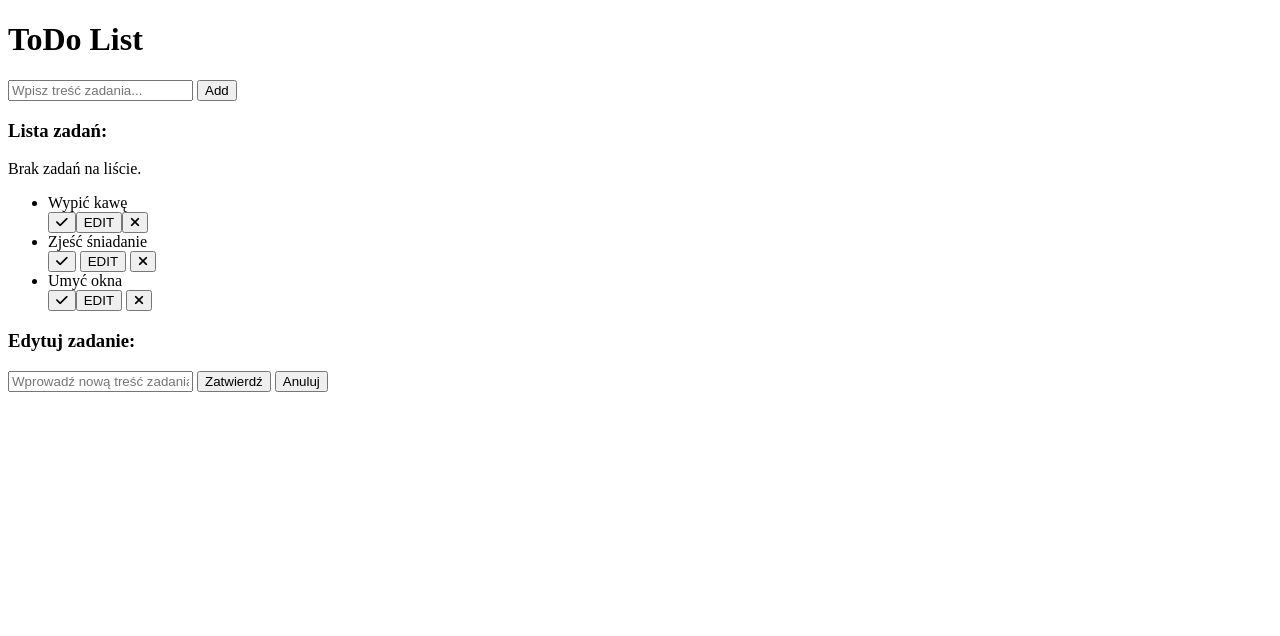
Repository: kimi1723/To-do-app
Page: index.html
The author's editor kept a copy of each file at every save. The page is drawn from the files as they stood at one save, then again after the next save.
The browser window is 1280 px wide. The pictures show the whole page.
Some web libraries are served in a nearby version.

Above is the page before, as saved 2023-03-31 00:23:52.

After the next save:
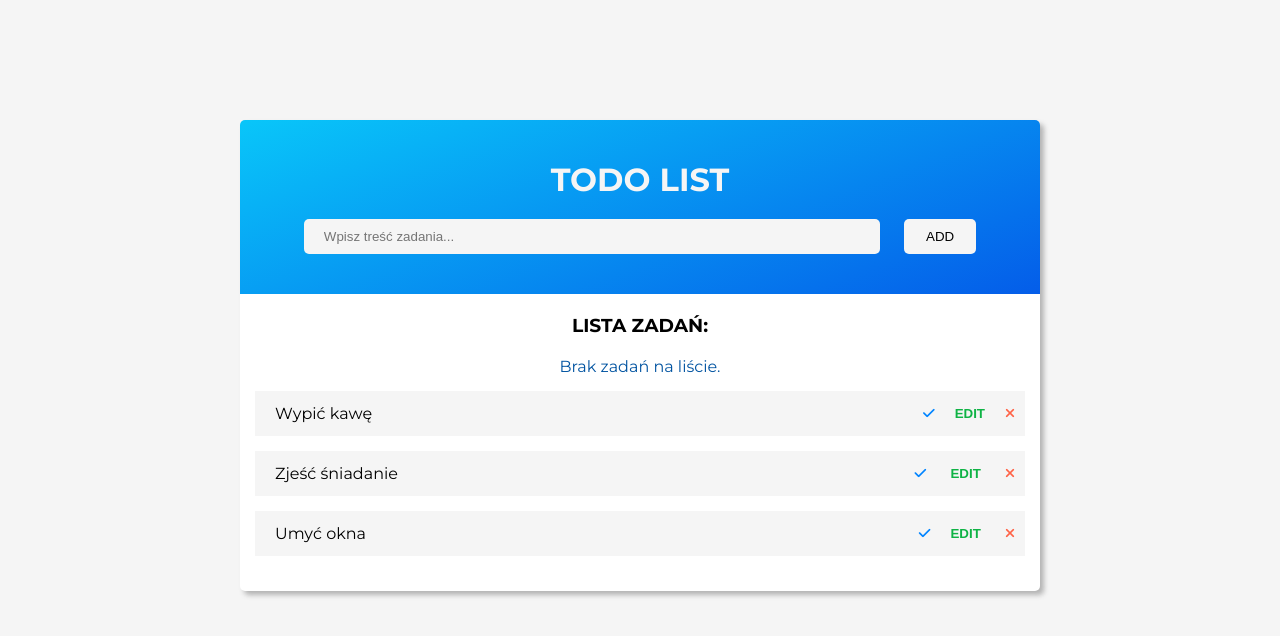
Saved 16 s later.
--- a/index.html
+++ b/index.html
@@ -9,7 +9,7 @@
     <script src="https://kit.fontawesome.com/327a0d490c.js" crossorigin="anonymous"></script>
     <link href="https://fonts.googleapis.com/css?family=Montserrat:400,700&display=swap&subset=latin-ext"
         rel="stylesheet">
-    <link rel="stylesheet" href="">
+    <link rel="stylesheet" href="/dist/css/main.min.css">
 </head>
 
 <body>
